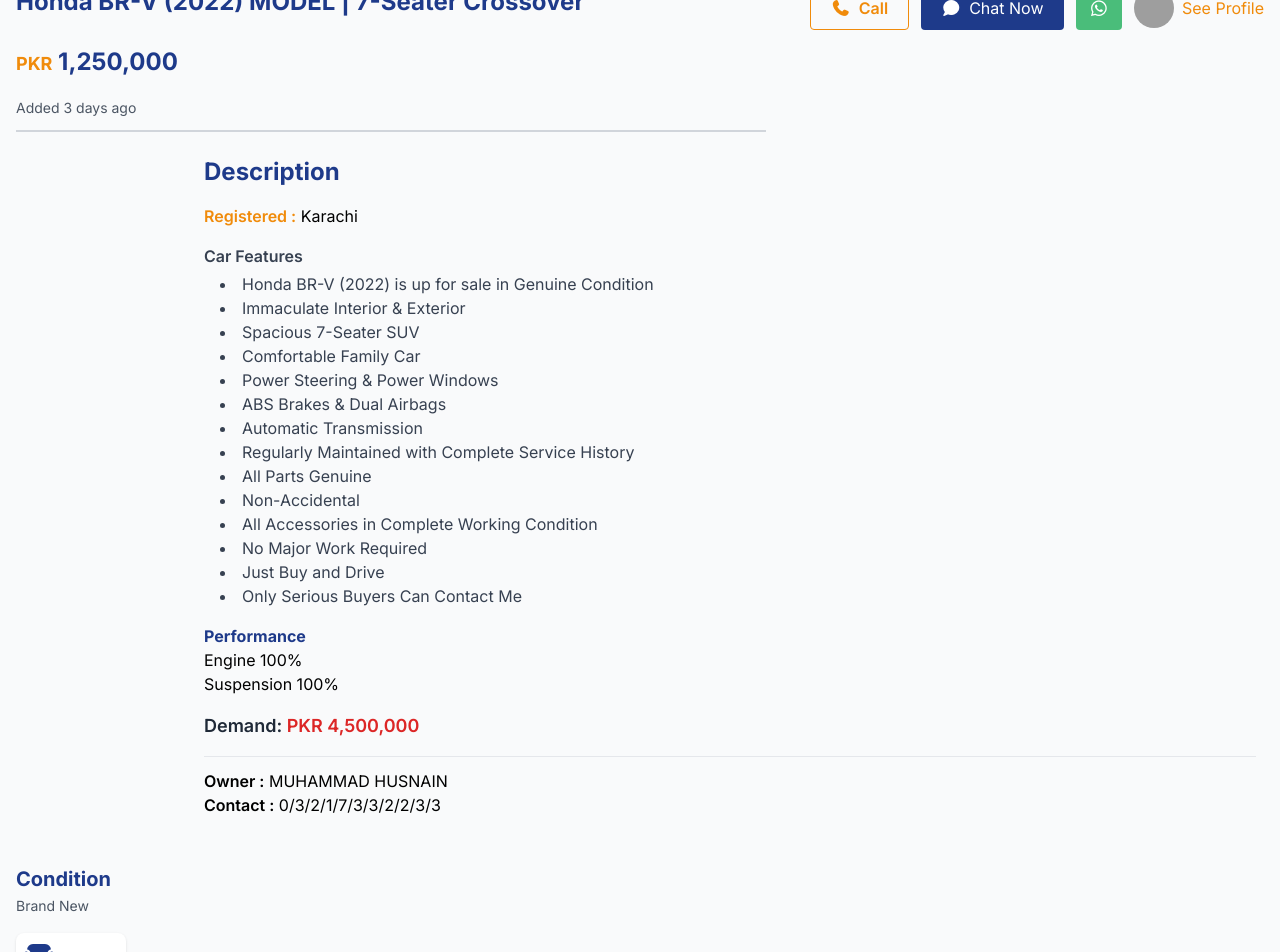
Repository: ARFA-SAEED/miljayega
Page: src/motorsPage/bikes_1.html
An editor plug-in stored every save of this project. The page is shown before and after the next save, followed by the edit.
The browser window is 1280 px wide. The pictures show the part of the page from y = 671 to 1623 px (the page is 2670 px tall before and 2674 px after).
Pictures or frames that could not be fetched are drawn as grey boxes. A picture or video elsewhere on the page could not be fetched, so the positions and the page height are approximate. Some web fonts or font styles are not loaded; a fallback is used. Some web libraries are served in a nearby version.

Above is the page before, as saved 2025-08-25 13:27:19.

After the next save:
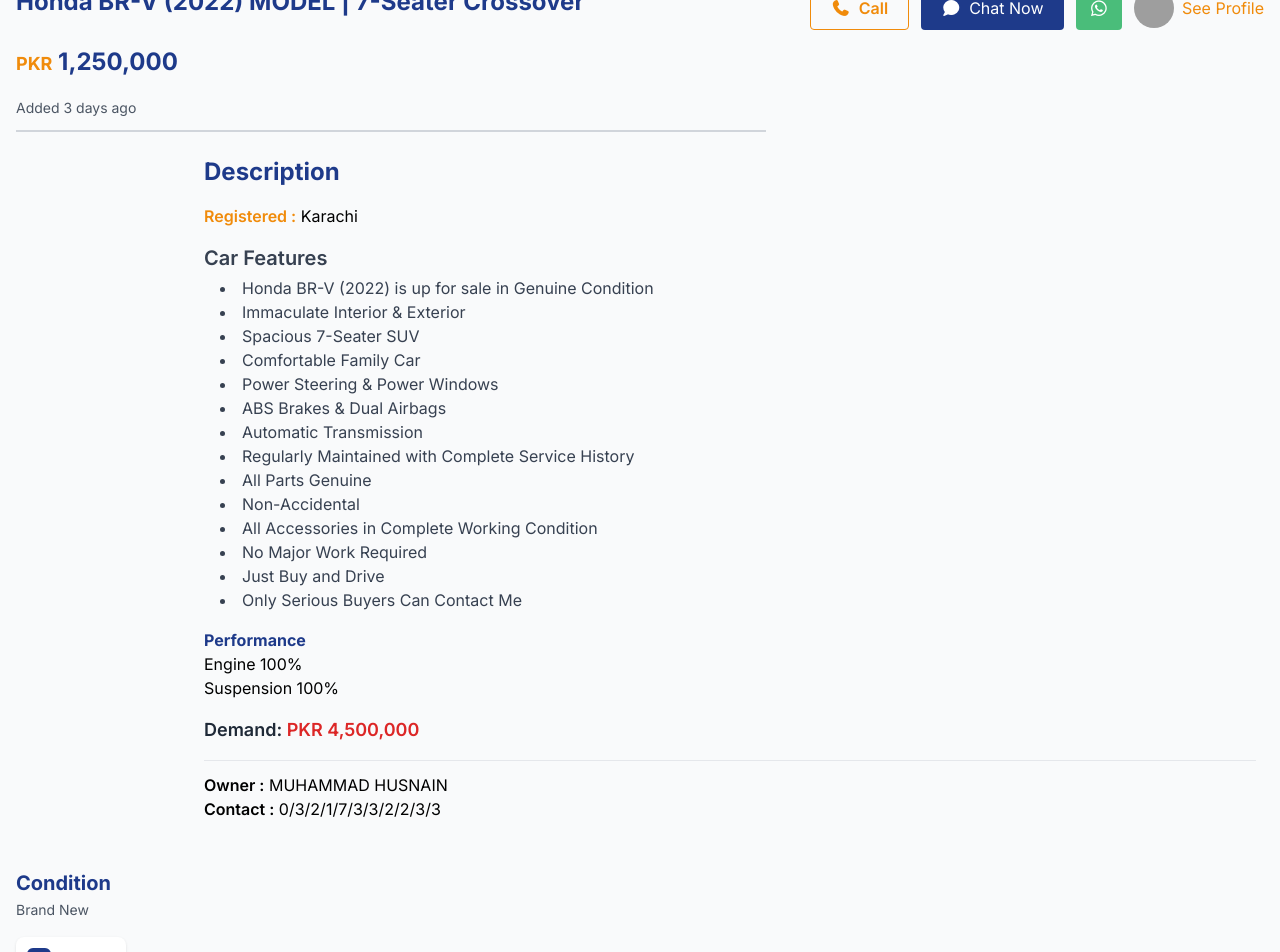
Saved 12 s later.
--- a/src/motorsPage/bikes_1.html
+++ b/src/motorsPage/bikes_1.html
@@ -152,7 +152,7 @@
         <p><span class="font-semibold text-[#F08B0B]">Registered :</span> Karachi</p>
 
         <ol class="list-style-type-non list-inside space-y-1 text-gray-700">
-            <li><span class="font-semibold">Car Features</span></li>
+            <li><span class="font-semibold text-xl">Car Features</span></li>
             <ul class="list-disc list-inside ml-4">
                 <li>Honda BR-V (2022) is up for sale in Genuine Condition</li>
                 <li>Immaculate Interior & Exterior</li>
